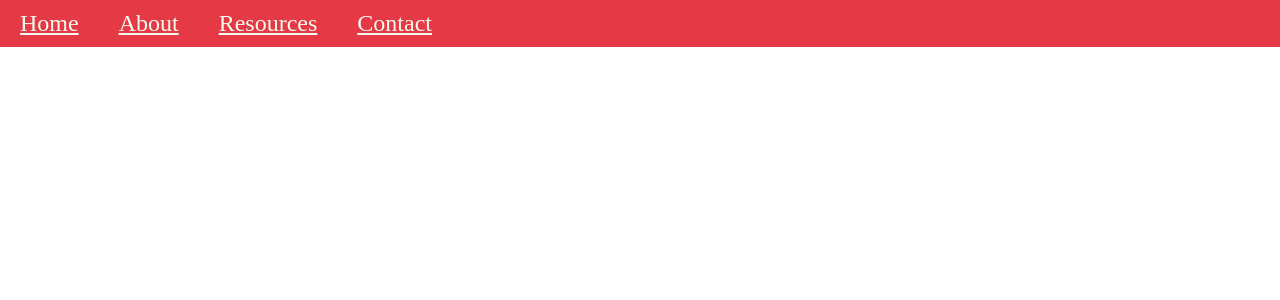
Repository: rdass1/COM421-FinalProject
Page: Website/index.html
These files come from the project's save history. The page is drawn as it stood at one moment and after a run of saves; the edit follows.
The browser window is 1280 px wide. The pictures show the whole page.

Above is the page before, as saved 2021-05-11 22:56:20.

### Website/index.html
<!DOCTYPE html>
<html>
    <head>
        <meta charset="UTF-8">
        <meta name="description" content="Take It To the Streets is a non-profit organization that helps people find information on how to fight their tickets. ">
        <meta name="author" content="Group 2">
        <meta name="viewport" content="width=device-width, initial-scale=1.0">
        <link rel="stylesheet" type="text/css" href="css/index.css">
        <title>Take It To The Streets</title>
    </head>
    <body>
        <header>
            <div id = "navbar">
                <nav>
                    <ul>
                        <li><a href="#home">Home</a></li>
                        <li><a href="#about">About</a></li>
                        <li><a href="#resources">Resources</a></li>
                        <li><a href="#contact">Contact</a></li>
                    </ul>

                </nav>
            </div>
        </header>

    </body>
</html>

### Website/css/index.css
body{
    margin:0px;
}

header{
    background-color: #e63946;
    width: 100%;
    height: 6%;
    display: flex;
    justify-content: flex-start;
    margin: 0px;
    padding: 0px;

}

#navbar nav{
    display: flex;


}

#navbar ul{
    margin: 0px;
    padding: 0px;
    overflow: hidden;
    list-style: none;
}

#navbar li{
    margin: 0px;
    padding: 10px 20px 10px 20px;
    font-size: 1.5rem;
    float:left;

}

#navbar a{
    display: block;
    color: #f1faee;

}

After the next 2 saves:
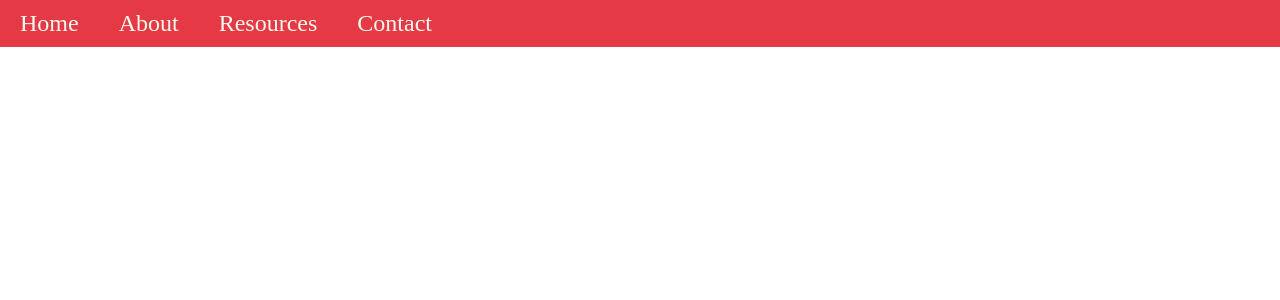
The 2 saves are shown as one change because they came seconds apart.
The last was saved 8 s later.
--- a/Website/css/index.css
+++ b/Website/css/index.css
@@ -37,5 +37,5 @@ header{
 #navbar a{
     display: block;
     color: #f1faee;
-
+    text-decoration: none;
 }
